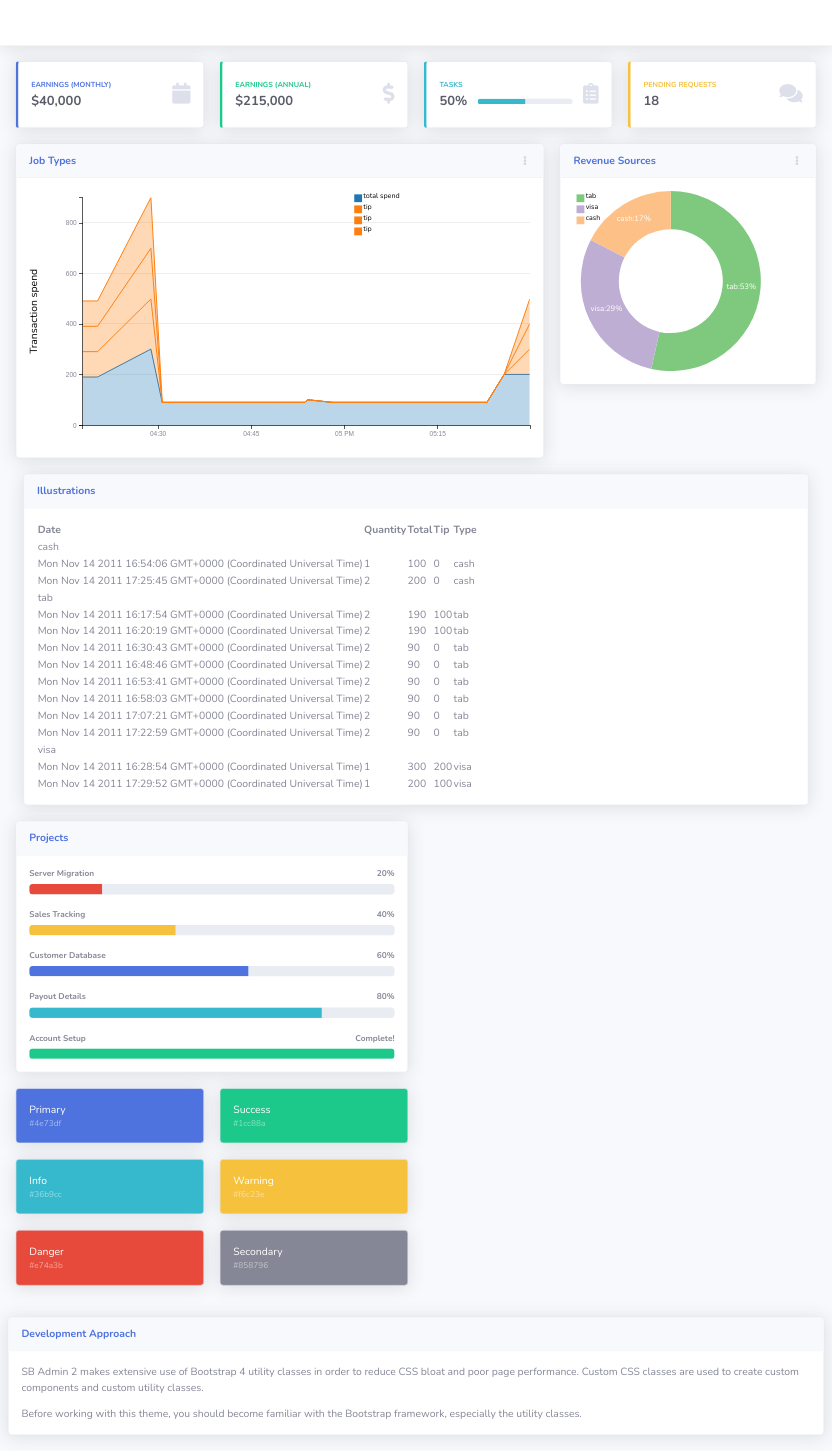
Repository: fLavery/NodeDashboard
Page: index.html
The author's editor kept a record of every edit. The page is drawn from the files as they stood at one moment, then again after the next edit.
The browser window is 1280 px wide. The pictures show the whole page, at 65% of full size.

Above is the page before.
Console error: TypeError: Cannot read properties of null (reading 'length')

After the next edit:
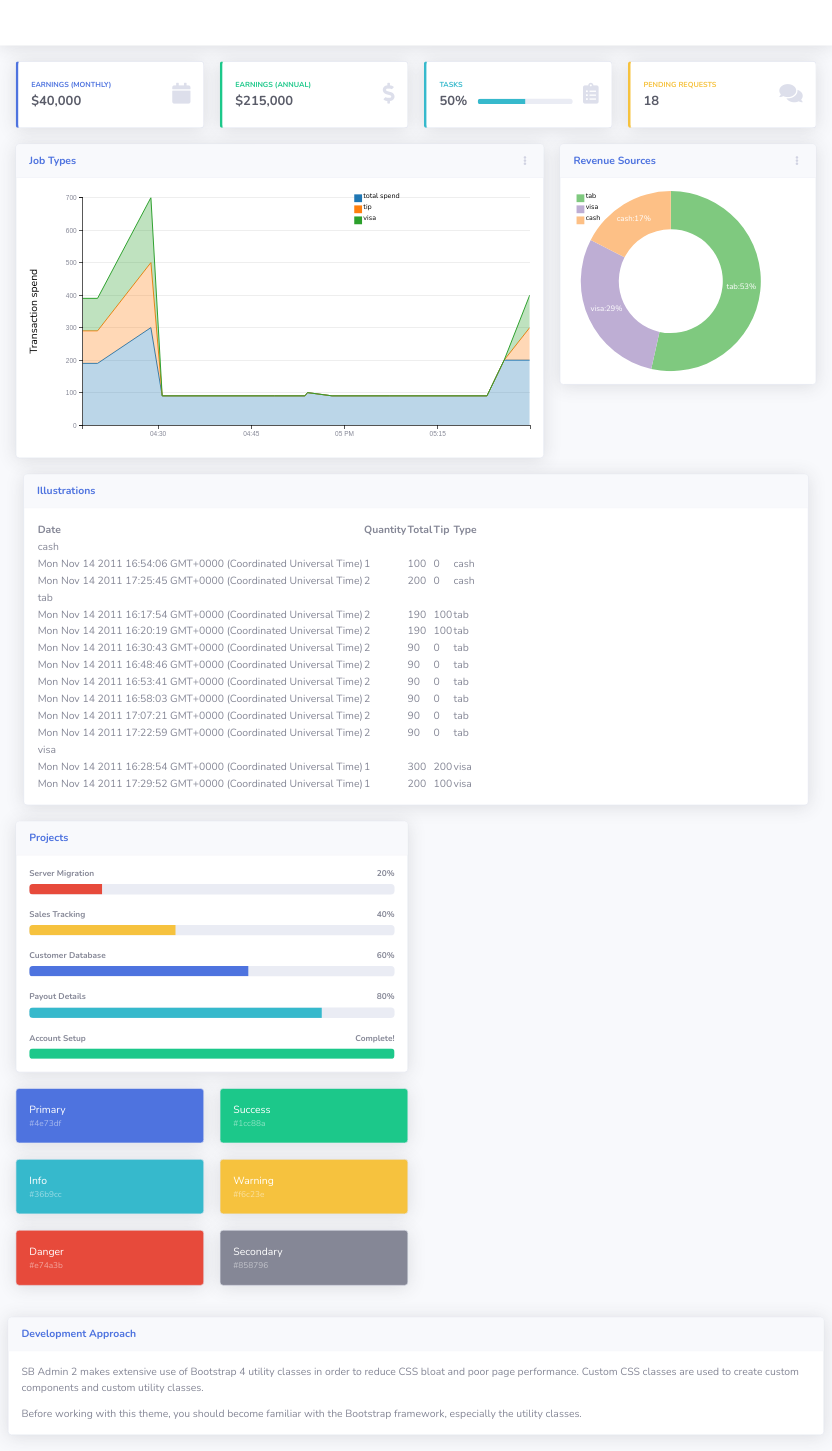
The edit:
--- a/index.html
+++ b/index.html
@@ -240,8 +240,8 @@
                       .dimension(dateDimension)
                       .group(dateGroup, "total spend")
                       .stack(dateGroupTip, "tip")
-                      .stack(dateGroupTip, "tip")
-                      .stack(dateGroupTip, "tip")
+                      .stack(dateGroupTip, "visa")
+
                       .yAxisLabel("Transaction spend")
                       .renderHorizontalGridLines(true)
                       .renderArea(true)
